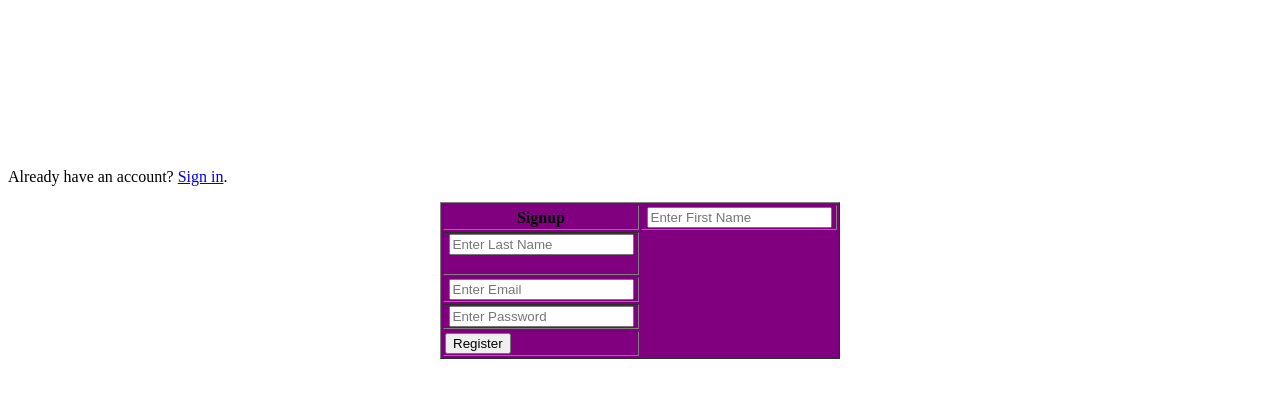
Repository: 1919satya/Mode2
Page: sample/sample/WebContent/sample.html
The author's editor kept a copy of each file at every save. The page is drawn from the files as they stood at one save, then again after the next save.
The browser window is 1280 px wide. The pictures show the whole page.

Above is the page before, as saved 2019-10-10 13:07:32.

### sample/sample/WebContent/sample.html
<!DOCTYPE html>
<html>
<head>
<meta charset="ISO-8859-1">
<title>Insert title here</title>
</head>
<body>

<form >
<div class="container">
<table border="1" align="center" width="400" bgcolor="purple" >

  <tr>
    <th>Signup</th><br/><br/>

   <th><input type="text" placeholder="Enter First Name" ></th><br/><br/>
   </tr>

   <tr>
    <th><input type="text" placeholder="Enter Last Name" ></td> <br/><br/>
    </tr>

    <tr>

   <th><input type="text" placeholder="Enter Email" ></th> <br/><br/>
   </tr>

<tr>

    <th><input type="password" placeholder="Enter Password" ></th> <br/><br/>
    </tr>


   <tr>
   <center>
    <td><button type="submit" class="registerbtn">Register</button>
    </center>
    </tr>

  </div>

  <div class="container signin">
    <p>Already have an account? <a href="#">Sign in</a>.</p>
  </div>
</form>
</table>
</body>
</html>

After the next save:
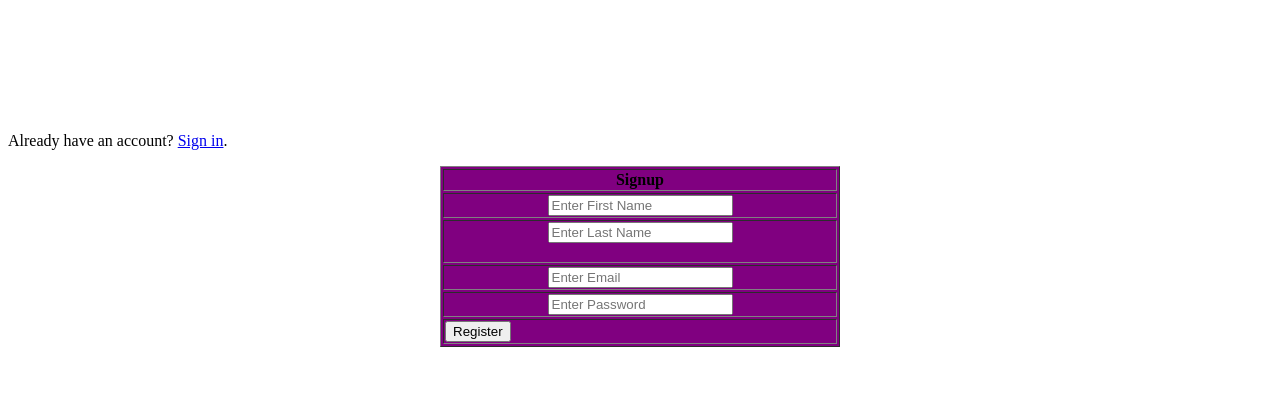
Saved 36 s later.
--- a/sample/sample/WebContent/sample.html
+++ b/sample/sample/WebContent/sample.html
@@ -9,10 +9,8 @@
 <form >
 <div class="container">
 <table border="1" align="center" width="400" bgcolor="purple" >
-
+  <th>Signup</th>
   <tr>
-    <th>Signup</th><br/><br/>
-
    <th><input type="text" placeholder="Enter First Name" ></th><br/><br/>
    </tr>
 
